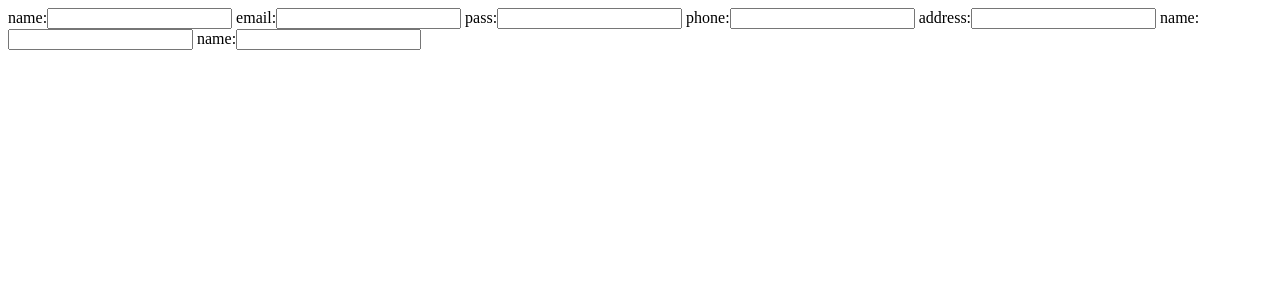
Repository: Ganesh9986320435/AllProjectsFromYestYantra
Page: http://localhost/mcdonaldsprojectjsp/signin.jsp
An editor plug-in stored every save of this project. The page is shown before and after the next save, followed by the edit.
The browser window is 1280 px wide. The pictures show the whole page.
The page is served by Tomcat 9. Other server files are loaded and not shown.

Above is the page before, as saved 2023-01-31 10:42:35.

### mcdonaldsprojectjsp/src/main/webapp/signin.jsp
<%@ page language="java" contentType="text/html; charset=UTF-8"
    pageEncoding="UTF-8"%>
<!DOCTYPE html>
<html>
<head>
<meta charset="UTF-8">
<title>Insert title here</title>
</head>
<body>
<form action="signin">
name:<input type="text" name="name">
email:<input type="text" name="email">
pass:<input type="text" name="pass">
phone:<input type="text" name="phone">
address:<input type="text" name="address">
name:<input type="text" name="name">
name:<input type="text" name="name">


















</form>
</body>
</html>

After the next save:
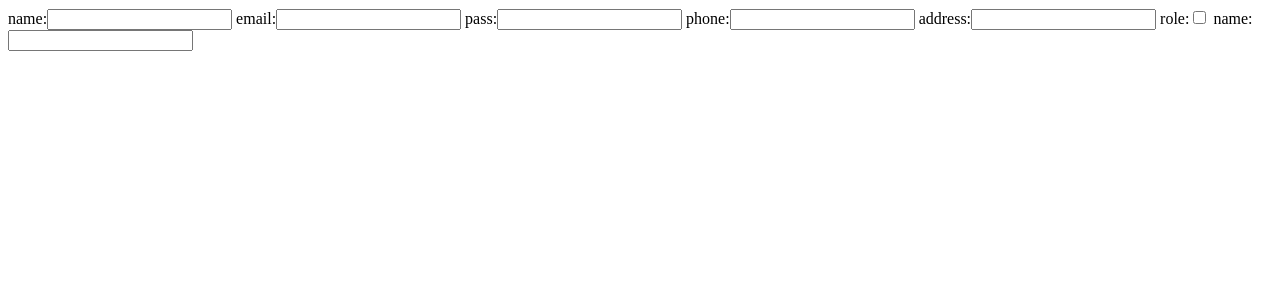
Saved 8 s later.
--- a/mcdonaldsprojectjsp/src/main/webapp/signin.jsp
+++ b/mcdonaldsprojectjsp/src/main/webapp/signin.jsp
@@ -13,7 +13,7 @@
 pass:<input type="text" name="pass">
 phone:<input type="text" name="phone">
 address:<input type="text" name="address">
-name:<input type="text" name="name">
+role:<input type="checkbox" name="name">
 name:<input type="text" name="name">
 
 

After the 2 saves that followed:
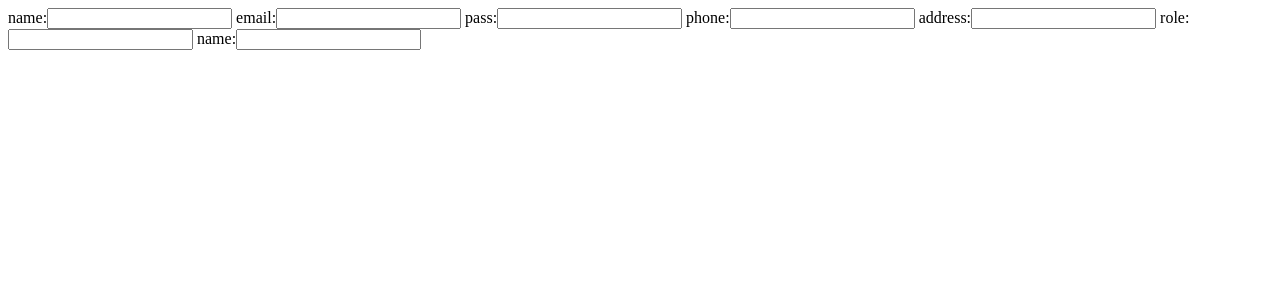
The 2 saves are shown as one change because they came seconds apart.
The last was saved 5 s later.
--- a/mcdonaldsprojectjsp/src/main/webapp/signin.jsp
+++ b/mcdonaldsprojectjsp/src/main/webapp/signin.jsp
@@ -13,7 +13,7 @@
 pass:<input type="text" name="pass">
 phone:<input type="text" name="phone">
 address:<input type="text" name="address">
-role:<input type="checkbox" name="name">
+role:<input type="" name="name">
 name:<input type="text" name="name">
 
 
